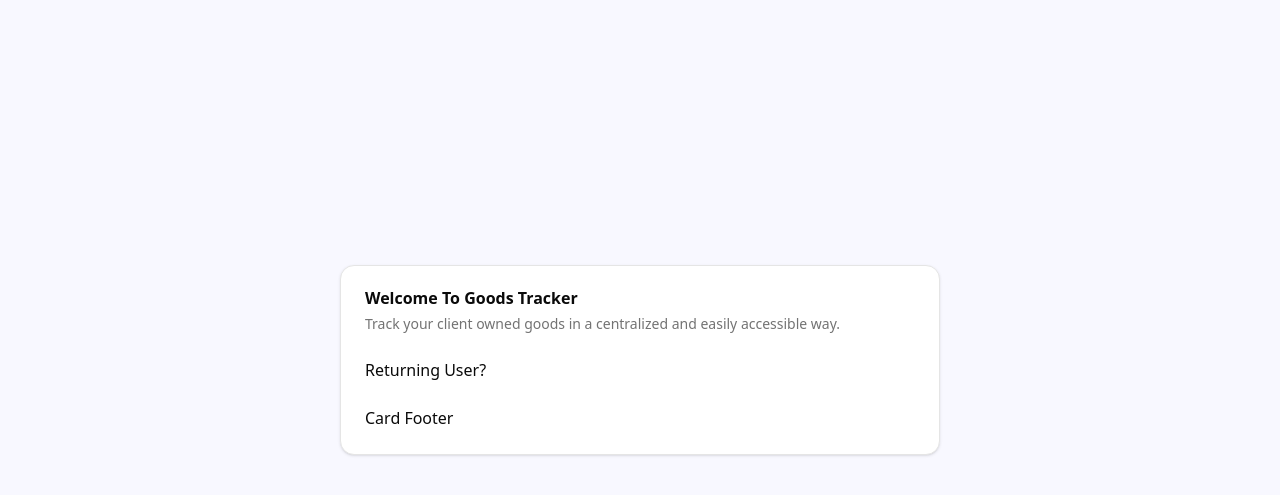
Repository: Renzo-Salosagcol/cog_tracker
Page: /
An editor plug-in stored every save of this project. The page is shown before and after the next save, followed by the edit.
The browser window is 1280 px wide. The pictures show the whole page.
The project was rebuilt for these pictures with package versions that can differ from the ones it lists, and the page was loaded fresh each time. The framework's server and built-in components were replaced by stand-ins that run in the browser. Also part of the build but not shown: next.config.ts.

Above is the page before, as saved 2025-12-17 14:16:04.

After the next save:
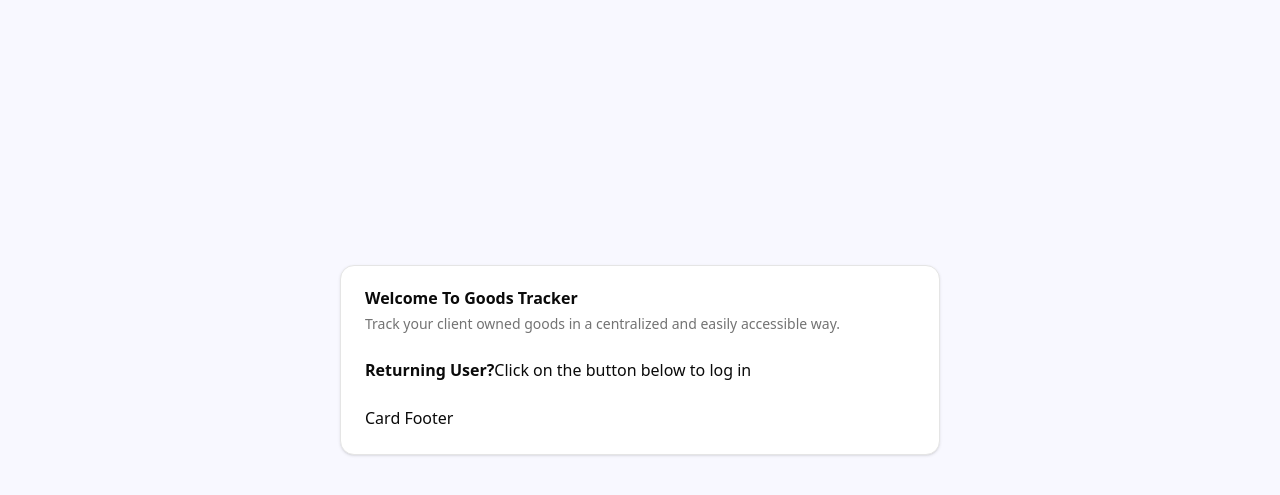
Saved 26 s later.
--- a/app/page.tsx
+++ b/app/page.tsx
@@ -18,7 +18,10 @@ export default function Home() {
           <CardDescription>Track your client owned goods in a centralized and easily accessible way.</CardDescription>
         </CardHeader>
         <CardContent>
-          <p>Returning User?<span className="text-bold"></span></p>
+          <p>
+            <span className="font-bold">Returning User?</span>
+            Click on the button below to log in
+          </p>
         </CardContent>
         <CardFooter>
           <p>Card Footer</p>
